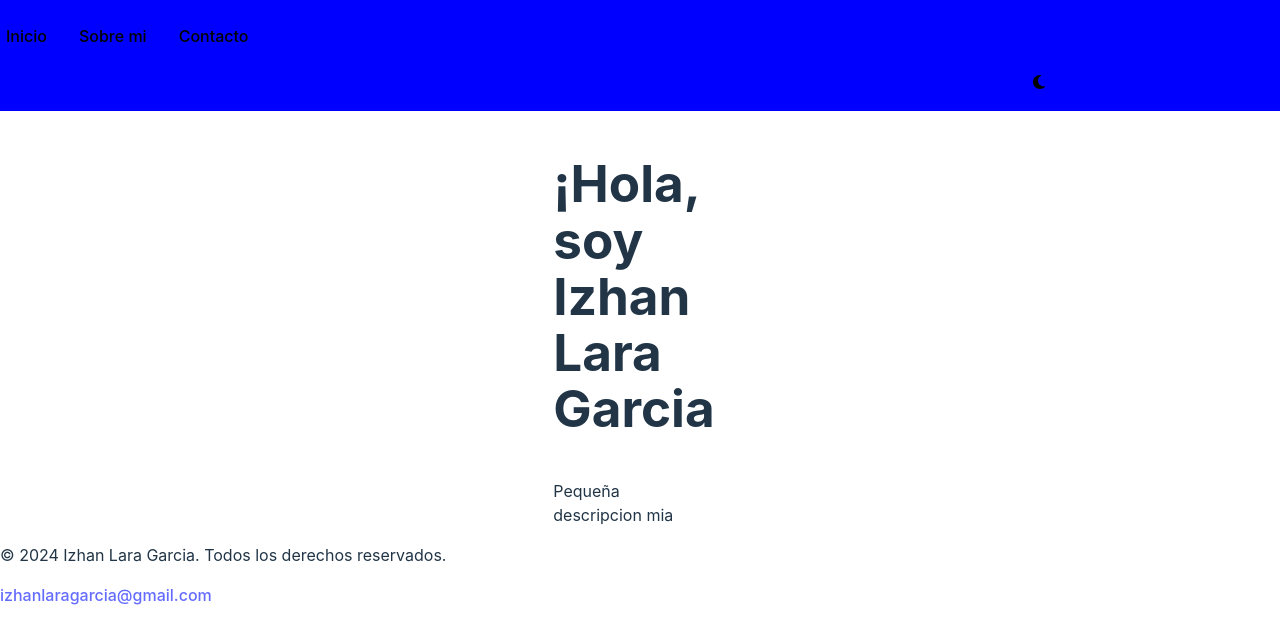
Repository: izhanlaraagarcia/izhanlaraagarcia.github.io
Page: / (app in vite-project/)
The author's editor kept a copy of each file at every save. The page is drawn from the files as they stood at one save, then again after the next save.
The browser window is 1280 px wide. The pictures show the whole page.
The project was rebuilt for these pictures with package versions that can differ from the ones it lists, and the page was loaded fresh each time. Also part of the build but not shown: vite-project/vite.config.js, vite-project/src/Home/Styles/estilos.css, vite-project/src/pages/About/about.jsx, vite-project/src/pages/Contact/contact.jsx.

Above is the page before, as saved 2024-07-10 13:49:42.

After the next save:
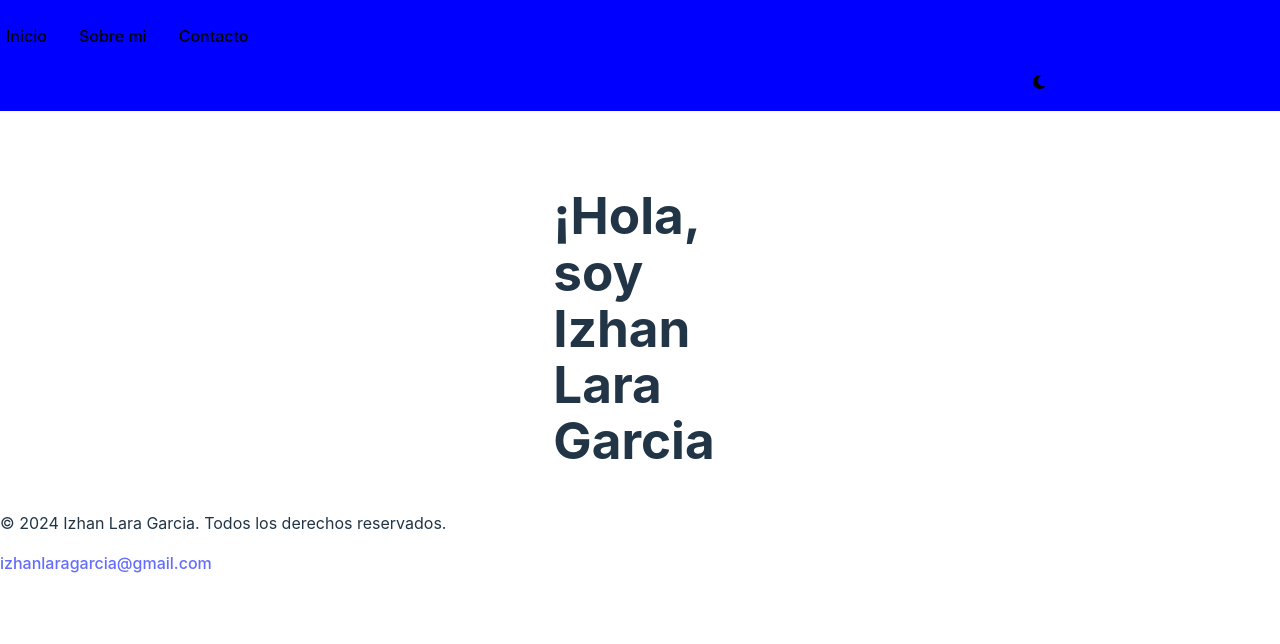
Saved 50 s later.
--- a/vite-project/src/Componentes-Generales/banner.jsx
+++ b/vite-project/src/Componentes-Generales/banner.jsx
@@ -7,9 +7,7 @@ class Banner extends React.Component {
       <div>
         <section id="welcome">
           <h1>¡Hola, soy Izhan Lara Garcia</h1>
-          <p>
-            Pequeña descripcion mia
-          </p>
+
         </section>
       </div>
     );
